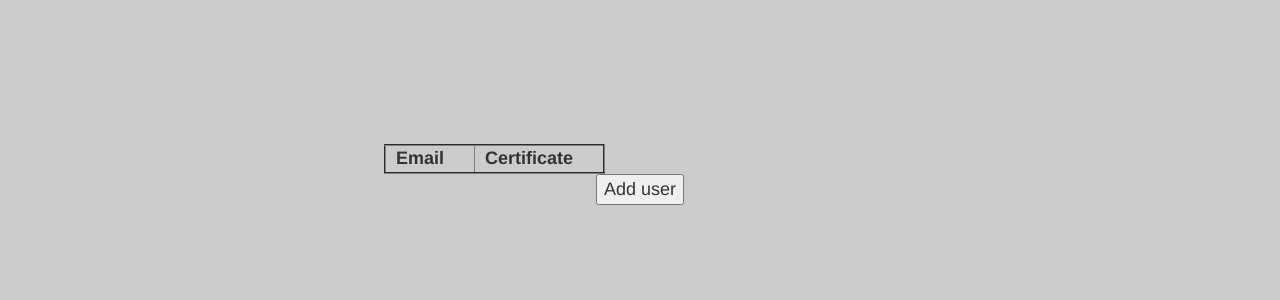
Repository: marijabroceta/ProjekatIB
Page: IB_Project_Shell/src/main/resources/static/main_page.html
An editor plug-in stored every save of this project. The page is shown before and after the next save, followed by the edit.
The browser window is 1280 px wide. The pictures show the whole page.
The page's requests for data from a server got no answer.

Above is the page before, as saved 2018-06-29 18:59:16.

### IB_Project_Shell/src/main/resources/static/main_page.html
<!DOCTYPE html>
<html>
<head>
	<title>Main</title>
	<script src="js/jquery-2.1.4.min.js"></script>
	<link rel="stylesheet" type="text/css" href="bootstrap/css/bootstrap.min.css"/>
    <script src="bootstrap/js/bootstrap.min.js"></script>
    <link rel="stylesheet" type="text/css" href="css/main_page.css">
    <script src="js/main_page.js" type="text/javascript"></script>
</head>
<body>
	<div id="table">
		<table id="users_table" border="2">
			<tr>
				<th>Email</th>
				<th>Certificate</th>
			</tr>
		</table>
		<button id="add_user">Add user</button>
	</div>
</body>
</html>

### IB_Project_Shell/src/main/resources/static/css/main_page.css
#table{
	position: absolute;
    top: 20%;
    left: 30%;
    right: 30%;
    bottom: 20%;
    font-size: 18px;
}

th{
	padding-right: 30px;
	padding-left: 10px;
}

body {
    text-align: center;
    background: #ccc;
}

### IB_Project_Shell/src/main/resources/static/js/main_page.js
$(document).ready(function(){

	get_users();

});

function table_header(){
	var table = $('#users_table');
	table.empty();
	table.append('<tr>'+
					'<th>Email</th>'+
					'<th>Certificate</th>'+
				'</tr>');
}

function get_users(){
	var token = localStorage.getItem("token");
	console.log(token);

	/*$.ajaxSetup({
		beforeSend : function(xhr) {
            xhr.setRequestHeader("Accept", "application/json");
            xhr.setRequestHeader("Content-Type", "application/json");
            xhr.setRequestHeader("Access-Control-Allow-Origin", "/api/users/*");
            xhr.setRequestHeader("Authorization", "Bearer " + token);

            console.log(xhr.getResponseHeader("Authorization"));
        }
	});*/

	$.ajax({

		headers:{"Authorization" :"Bearer " + token,
			"Access-Control-Allow-Origin": "/api/users/*"},
		type: 'GET',
		dataType:'json',
		crossDomain: true,
		url:'https://localhost:8443/api/users',
		success:function(response){
			table_header();
			var table = $('#users_table');
			for(var i=0; i<response.length; i++) {
				user = response[i];
				console.log(user.email);
				table.append('<tr class="data">'+
								'<td>'+user.email+'</td>'+
								'<td><button class="btn btn-default">Download</button></td>'+
							'</tr>');
			}
		}
	});
}

Loaded but not shown: IB_Project_Shell/src/main/resources/static/js/jquery-2.1.4.min.js (library); IB_Project_Shell/src/main/resources/static/bootstrap/css/bootstrap.min.css (library); IB_Project_Shell/src/main/resources/static/bootstrap/js/bootstrap.min.js (library)

After the next save:
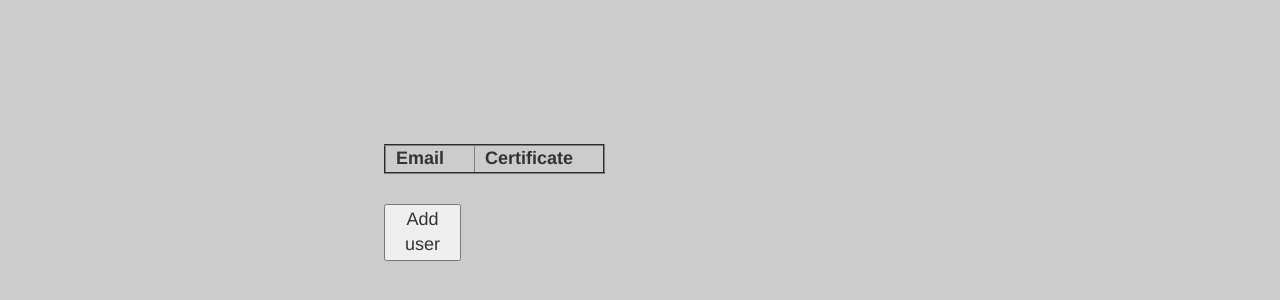
Saved 17 min 44 s later.
--- a/IB_Project_Shell/src/main/resources/static/css/main_page.css
+++ b/IB_Project_Shell/src/main/resources/static/css/main_page.css
@@ -16,3 +16,35 @@ body {
     text-align: center;
     background: #ccc;
 }
+
+#add_user{
+	margin-top: 30px;
+	margin-right: 85%;
+}
+
+#add_form{
+	margin-top: 30px;
+}
+
+label,input {
+ display: block;
+ width: 200px;
+ float: left;
+ margin-left: 20px;
+ margin-bottom: 10px;
+
+}
+
+label {
+ text-align: right;
+ width: 75px;
+ padding-right: 20px;
+}
+
+br {
+ clear: left;
+}
+
+#submit{
+	margin-left: 19%;
+}
